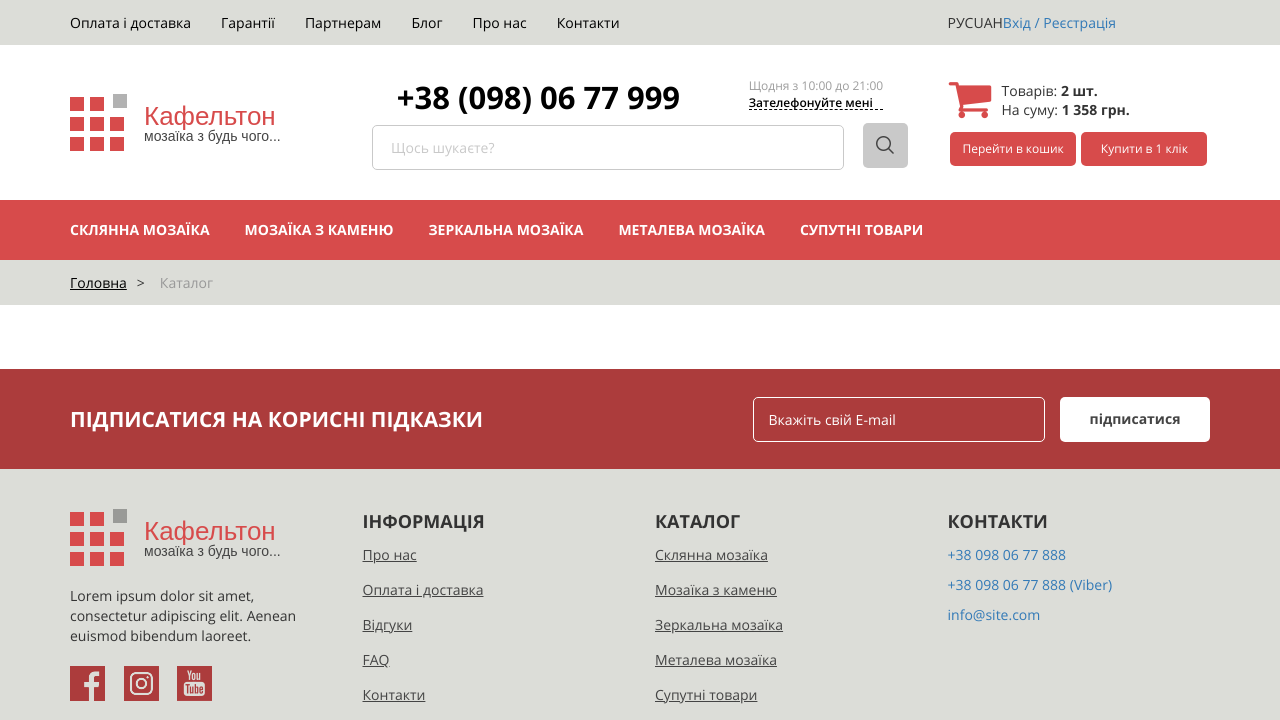
Repository: zellenka/mozaika
Page: app/index.html
The author's editor kept a copy of each file at every save. The page is drawn from the files as they stood at one save, then again after the next save.
The browser window is 1280 px wide. The pictures show the whole page.
Some web fonts or font styles are not loaded; a fallback is used. The style sheet was rebuilt from its Sass, Less or Tailwind sources for each picture, by a compiler version that may differ from the author's.

Above is the page before, as saved 2018-07-13 16:29:58.
Console error (its wording comes from the project's code and is left out).

### app/index.html
<!DOCTYPE html>
<html lang="en">
<head>
	<meta charset="UTF-8">
	<meta name="viewport" content="width=device-width, initial-scale=1.0">
	<title>Mozaika</title>
	<link rel="stylesheet" href="https://maxcdn.bootstrapcdn.com/bootstrap/3.3.7/css/bootstrap.min.css" integrity="sha384-BVYiiSIFeK1dGmJRAkycuHAHRg32OmUcww7on3RYdg4Va+PmSTsz/K68vbdEjh4u" crossorigin="anonymous">
	<link rel="stylesheet" href="/libs/normalize.css">
	<link rel="stylesheet" href="/css/libs.min.css">
	<link rel="stylesheet" href="/css/main.css">
</head>
<body>
	<header class="header">
		<div class="header__top">
			<div class="container">
				<div class="row">
					<div class="col-md-9">
						<ul class="header__top-nav">
							<li class="header__top-nav-item"><a href="/">Оплата і доставка</a></li>
							<li class="header__top-nav-item"><a href="/">Гарантії</a></li>
							<li class="header__top-nav-item"><a href="/">Партнерам</a></li>
							<li class="header__top-nav-item"><a href="/">Блог</a></li>
							<li class="header__top-nav-item"><a href="/">Про нас</a></li>
							<li class="header__top-nav-item"><a href="/">Контакти</a></li>
						</ul>
					</div>
					<div class="col-md-3">
						<ul class="header__top-enter-menu">
							<li>РУС</li>
							<li>UAH</li>
							<li><a href="/">Вхід / Реєстрація</a></li>
						</ul>
					</div>
				</div>
			</div>
		</div>
		<div class="header__middle">
			<div class="container">
				<div class="row header__middle-row">
					<a href="" class="col-md-3 header__middle-logo">
						<img src="/img/logo.png" alt="" class="header__middle-logo-img">
						<div>
								<p class="header__middle-logo-text">Кафельтон</p>
								<p class="header__middle-logo-slogan">мозаїка з будь чого...</p>
						</div>
					</a>
					<div class="col-md-6 header__middle-search">
						<div class="header__middle-search_block">
								<a href="tel:+380980677999" class="header__middle-search-phone">+38 (098) 06 77 999</a>
								<div class="header__middle-search-block">
									<p class="header__middle-search-time">Щодня з 10:00 до 21:00</p>
									<p class="header__middle-search-modal">Зателефонуйте мені</p>
								</div>
						</div>
						<div class="header__middle-search_block">
							<input type="text" class="header__middle-search_block-input" placeholder="Щось шукаєте?">
							<button type="button" class="header__middle-search_block-button"><img src="/img/icon.png" alt=""></button>
						</div>

					</div>
					<div class="col-md-3 header__middle-basket">
						<div class="header__middle-basket-top">
							<img src="/img/cart.png" alt="">
							<div class="header__middle-basket-info">
									<p>Товарів: <span class="header__middle-basket-info_bold">2</span> <span class="header__middle-basket-info_bold">шт.</span></p>
									<p>На суму: <span class="header__middle-basket-info_bold">1 358</span> <span class="header__middle-basket-info_bold">грн.</span></p>
							</div>
						</div>
						<div class="header__middle-basket-bottom">
							<a class="header__middle-basket-bottom-button header___red-button">Перейти в кошик</a>
							<a class="header__middle-basket-bottom-button header___red-button">Купити в 1 клік</a>
						</div>
					</div>
				</div>
			</div>
		</div>
		<div class="menu-block">
			<div class="container">
				<div class="row">
					<div class="col-md-12">
							<ul class="menu-block">
									<li class="menu-block__item">
										<a href="">СКЛЯНнА МОЗАЇКА</a>
									</li>
									<li class="menu-block__item"><a href="">МОЗАЇКА з каменю</a></li>
									<li class="menu-block__item"><a href="">зеркальна МОЗАЇКА </a></li>
									<li class="menu-block__item"><a href="">металева МОЗАЇКА</a></li>
									<li class="menu-block__item"><a href="">СУПУТНІ ТОВАРИ</a></li>
								</ul>
					</div>
				</div>
			</div>
		</div>
		<div class="breadcrumbs-block">
			<div class="container">
				<div class="row">
					<div class="col-lg-12">
							<ul class="breadcrumbs-block__list">
									<li class="breadcrumbs-block__item breadcrumbs-block__item_not-active"><a href="">Головна</a></li>
									<li class="breadcrumbs-block__item breadcrumbs-block__item_active"><a href="">Каталог</a></li>
								</ul>
					</div>
				</div>
			</div>
		</div>
	</header>
	<div class="main">

	</div>
	<footer class="footer">
		<div class="subscribe-block">
			<div class="container">
				<div class="row subscribe-block-row">
					<div class="col-md-5">
						<p class="subscribe-block__text">ПІДПИСАТИСЯ НА КОРИСНІ ПІДКАЗКИ</p>
					</div>
					<div class="col-md-5 col-md-offset-2">
						<form action="" class="subscribe-block__form">
							<input type="email" placeholder="Вкажіть свій E-mail" class="subscribe-block__input">
							<button type="submit" class="subscribe-block__button">підписатися</button>
						</form>
					</div>
				</div>
			</div>
		</div>
		<div class="footer-block container">
			<div class="row">
				<div class="col-md-3 footer-block__social">
						<a href="" class="header__middle-logo">
								<img src="/img/logo.png" alt="" class="header__middle-logo-img">
								<div>
										<p class="header__middle-logo-text">Кафельтон</p>
										<p class="header__middle-logo-slogan">мозаїка з будь чого...</p>
								</div>
						</a>
						<p class="footer-block__social-text">Lorem ipsum dolor sit amet,
								consectetur adipiscing elit. Aenean
								euismod bibendum laoreet.</p>

								<div class="footer-block__social-icons">
									<a href=""><img src="/img/facebook.png" alt=""></a>
									<a href=""><img src="/img/instagram.png" alt=""></a>
									<a href=""><img src="/img/youtube.png" alt=""></a>
								</div>
				</div>
				<div class="col-md-3 footer-block__information">
					<p class="footer-block__information-text">ІНФОРМАЦІЯ</p>
					<ul class="footer-block__information-menu">
						<li class="footer-block__information-menu-item"><a href="/">Про нас</a></li>
						<li class="footer-block__information-menu-item"><a href="/">Оплата і доставка</a></li>
						<li class="footer-block__information-menu-item"><a href="/">Відгуки</a></li>
						<li class="footer-block__information-menu-item"><a href="/">FAQ</a></li>
						<li class="footer-block__information-menu-item"><a href="/">Контакти</a></li>
					</ul>
				</div>
				<div class="col-md-3">
						<p class="footer-block__information-text">КАТАЛОГ</p>
						<ul class="footer-block__information-menu">
							<li class="footer-block__information-menu-item"><a href="/">Склянна мозаїка</a></li>
							<li class="footer-block__information-menu-item"><a href="/">Мозаїка з каменю</a></li>
							<li class="footer-block__information-menu-item"><a href="/">Зеркальна мозаїка</a></li>
							<li class="footer-block__information-menu-item"><a href="/">Металева мозаїка</a></li>
							<li class="footer-block__information-menu-item"><a href="/">Супутні товари</a></li>
						</ul>
				</div>
				<div class="col-md-3 footer-block__information-contacts">
						<p class="footer-block__information-text">КОНТАКТИ</p>
						<p><a href="tel:+380980677888">+38 098 06 77 888</a></p>
						<p><a href="tel:+380980677888">+38 098 06 77 888  (Viber)</a></p>
						<p><a href="mailto:info@site.com">info@site.com</a></p>
				</div>
			</div>



		</div>
	</footer>





	<script src="https://maxcdn.bootstrapcdn.com/bootstrap/3.3.7/js/bootstrap.min.js" integrity="sha384-Tc5IQib027qvyjSMfHjOMaLkfuWVxZxUPnCJA7l2mCWNIpG9mGCD8wGNIcPD7Txa" crossorigin="anonymous"></script>
	<script src="js/libs.min.js"></script>
	<script src="js/common.js"></script>

</body>
</html>

### app/sass/libs.sass
@import "app/libs/magnific-popup/dist/magnific-popup.css" // Импортируем библиотеку Magnific Popup. Теперь обязательно указывается расширение .css
@import "app/libs/normalize.css"

### app/sass/main.sass
@font-face
  font-family: 'Raleway-ExtraBold'
  src: url('/fonts/11843.woff')

@font-face
  font-family: 'Raleway-Regular'
  src: url('/fonts/11851.woff')

@font-face
  font-family: 'Open-Sans-Bold'
  src: url('/fonts/2204.ttf')

@font-face
  font-family: 'Open-Sans-Semibold'
  src: url('/fonts/2212.ttf')

@font-face
  font-family: 'Open-Sans'
  src: url('/fonts/2211.ttf')

$main: #d74b4b

html
    min-height: 100%
    height: 100%

body
    font-family: Open-Sans
    min-height: 100%
    position: relative

.main
    min-height: 100%

ul
    list-style: none

.header__top
    width: 100%
    background: #dcddd8
    height: 45px

.header__top-nav, .header__top-enter-menu
    display: flex
    width: 100%
    height: 45px
    align-items: center
    padding: 0
    margin: 0
    line-height: 1

.header__top-nav-item
    margin-right: 30px
    a
        color: black

.header__middle
    padding: 30px 0
    background: #fff

.header__middle-row
    display: flex
    align-items: center

.header__middle-logo
    display: flex
    align-items: center
    &:hover
        text-decoration: none

.header__middle-logo-img
    width: 57px
    height: 57px
    margin-right: 17px

.header__middle-logo-text
    font-family: Raleway-ExtraBold, sans-serif
    font-size: 26px
    color: $main
    line-height: 1
    margin: 0

.header__middle-logo-slogan
    line-height: 1
    font-family: Raleway-Regular, sans-serif
    font-size: 14px
    color: #444444
    margin: 0

.header__middle-search_block
    display: flex
    width: 100%
    justify-content: space-around
    align-items: center

.header__middle-search-phone
    font-family: Open-Sans-Bold
    font-size: 31px
    color: #000
    &:hover

.header__middle-search-block
    line-height: 1

.header__middle-search-time
    color: #9d9d9d
    font-size: 12px
    font-family: Open-Sans
    margin: 5px 0

.header__middle-search-modal
    font-family: Open-Sans-Semibold
    color: black
    font-size: 12px
    border-bottom: 1px dashed black
    &:hover
        cursor: pointer

.header__middle-search_block-input
    width: 85%
    border-radius: 5px
    border: 1px solid #c9c9c9
    height: 45px
    padding-left: 18px
    margin-top: 5px
    &::placeholder
        color: #c9c9c9

.header__middle-search_block-button
    width: 45px
    height: 45px
    display: flex
    justify-content: center
    align-items: center
    border-radius: 5px
    background: #c9c9c9
    border: none
    padding: 0
    margin: 0

.header__middle-basket-top
    display: flex
    width: 100%
    align-items: center

.header__middle-basket-info
    line-height: 1
    font-family: Open-Sans
    p
        margin: 0

.header__middle-basket-info_bold
    font-family: Open-Sans-Bold

.header__middle-basket-bottom
    display: flex
    justify-content: space-around

.header__middle-basket-bottom-button
    font-size: 12px
    width: 48%

.header___red-button
    color: #fff
    background: rgb(215, 75, 75)
    border-radius: 5px
    height: 34px
    display: flex
    justify-content: center
    text-align: center
    align-items: center
    line-height: 1
    padding: 0 5px

.header__middle-basket-top
    margin-bottom: 10px

.header__middle-basket-info
    margin-left: 10px
    p
        margin: 5px 0

.menu-block
    background: $main
    width: 100%

.menu-block
    height: 60px
    display: flex
    width: 100%
    align-items: center
    margin: 0
    padding: 0

.menu-block__item
    margin-right: 35px
    a
        color: #fff
        font-family: Open-Sans-Bold
        font-size: 14px
        text-transform: uppercase

.breadcrumbs-block
    width: 100%
    background: #dcddd8

.breadcrumbs-block__list
    display: flex
    width: 100%
    padding: 0
    margin: 0
    height: 45px
    align-items: center
    justify-content: flex-start

.breadcrumbs-block__item_not-active
    margin-right: 15px
    a
        color: #000
        text-decoration: underline
    &::after
        content: "> "
        margin-left: 10px

.breadcrumbs-block__item_active
    a
        color: #999999
        &:hover
            cursor: default
            pointer-events: none
            cursor: default
            text-decoration: none

.footer
    position: absolute
    bottom: 0
    right: 0
    left: 0
    background: #dcddd8

.subscribe-block
    width: 100%
    background: #ac3c3c

.subscribe-block-row
    height: 100px
    display: flex
    align-items: center

.subscribe-block__text
    margin: 0
    text-align: left
    color: #fff
    font-family: Open-Sans-Bold
    font-size: 21px

.subscribe-block__form
    display: flex
    width: 100%
    justify-content: space-between

.subscribe-block__input
    width: 80%
    border: 1px solid #fff
    border-radius: 5px
    background: #ac3c3c
    color: #fff
    height: 45px
    padding-left: 15px
    margin-right: 15px
    &::placeholder
        color: #fff

.subscribe-block__button
    border-radius: 5px
    background: #fff
    color: #444444
    font-family: Open-Sans-Bold
    font-size: 14px
    border: none
    min-width: 150px
    height: 45px

.footer-block
    padding-top: 40px

.footer-block__social

.footer-block__social-text
    font-size: 14px
    margin: 20px 0

.footer-block__social-icons
    img
        width: 35px
        height: 35px
        margin-right: 15px

.footer-block__information-text
    font-size: 18px
    font-family: Open-Sans-Bold
    text-align: left

.footer-block__information-menu
    padding: 0
    margin: 0

.footer-block__information-menu-item
    margin-bottom: 15px
    a
        color: #444444
        text-decoration: underline

.footer-block__contacts-link
    a
        color: #444444
        font-size: 16px
        font-family: Open-Sans-Semibold

Loaded but not shown: app/libs/normalize.css (library); app/js/libs.min.js (library); app/js/common.js (common file); app/libs/magnific-popup/dist/magnific-popup.css (library)

After the next save:
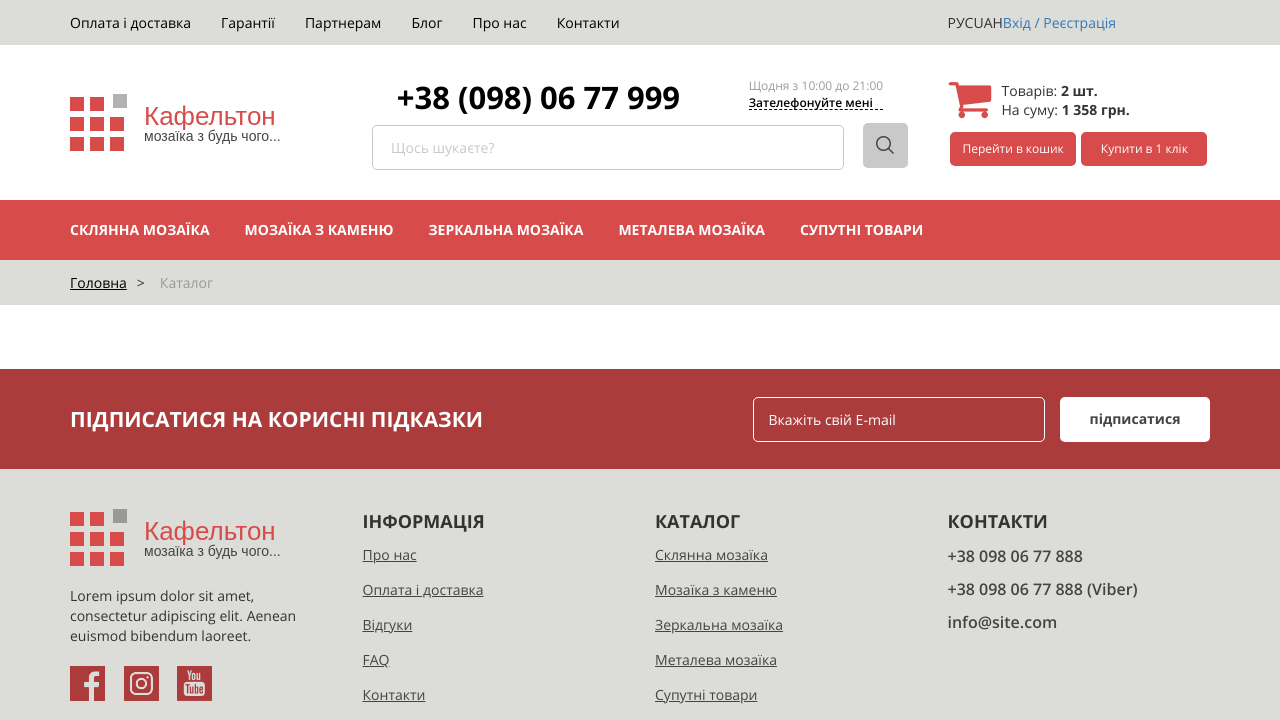
Saved 4 s later.
--- a/app/index.html
+++ b/app/index.html
@@ -163,11 +163,11 @@
 							<li class="footer-block__information-menu-item"><a href="/">Супутні товари</a></li>
 						</ul>
 				</div>
-				<div class="col-md-3 footer-block__information-contacts">
+				<div class="col-md-3 footer-block__contacts">
 						<p class="footer-block__information-text">КОНТАКТИ</p>
-						<p><a href="tel:+380980677888">+38 098 06 77 888</a></p>
-						<p><a href="tel:+380980677888">+38 098 06 77 888  (Viber)</a></p>
-						<p><a href="mailto:info@site.com">info@site.com</a></p>
+						<p class="footer-block__contacts-link"><a href="tel:+380980677888">+38 098 06 77 888</a></p>
+						<p class="footer-block__contacts-link"><a href="tel:+380980677888">+38 098 06 77 888  (Viber)</a></p>
+						<p class="footer-block__contacts-link"><a href="mailto:info@site.com">info@site.com</a></p>
 				</div>
 			</div>
 
